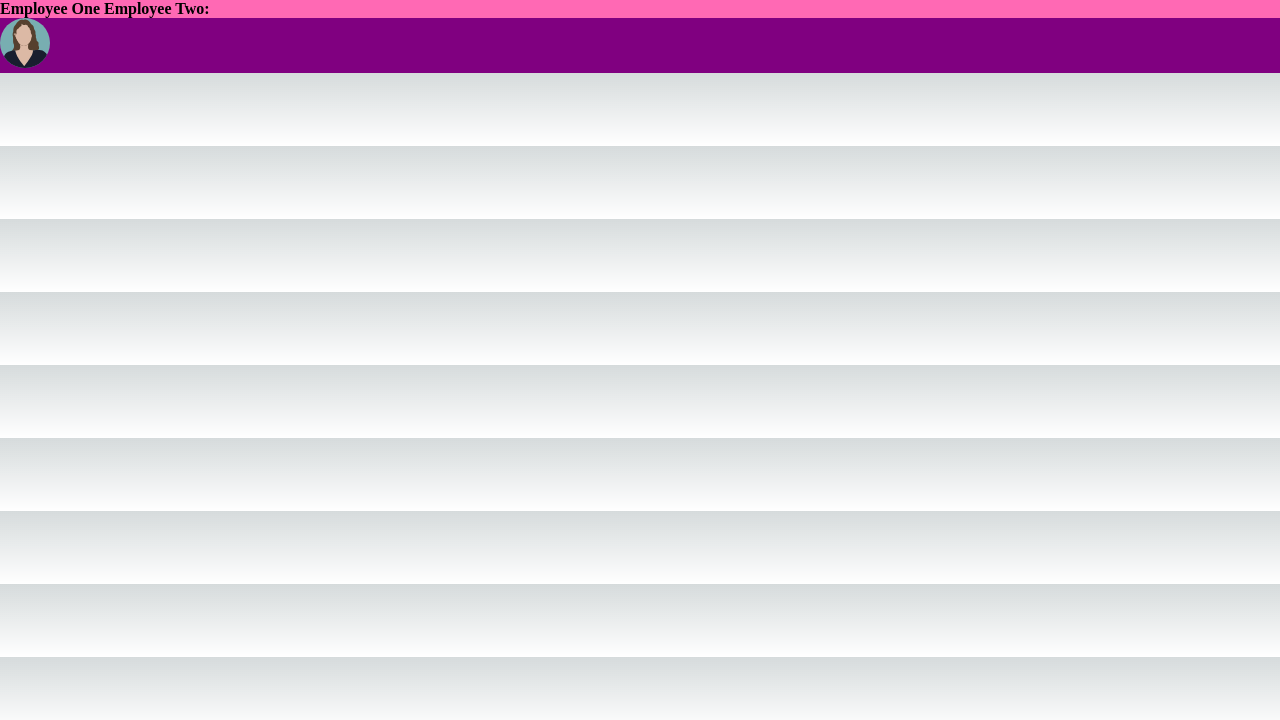
Repository: bguemos/week3example
Page: /About
These files come from the project's save history. The page is drawn as it stood at one moment and after the next save; the edit follows.
The browser window is 1280 px wide. The pictures show the whole page.
The project was rebuilt for these pictures with package versions that can differ from the ones it lists, and the page was loaded fresh each time. The framework's server and built-in components were replaced by stand-ins that run in the browser. Also part of the build but not shown: next.config.js.

Above is the page before, as saved 2023-01-19 08:21:47.

### pages/About.js
import Head from 'next/head'
import Image from 'next/image'
import { Inter } from '@next/font/google'
import styles from '@/styles/info.module.css'
import data from '../data/employee.json'
import { useState } from 'react'
import Card from '../components/Card/About'
import Link from 'next/link'


export default function info() {
    const [information, setInformation] = useState([...data])
     console.log(data);
  return (
 <>

<main className={styles.main}>
<code className={styles.code}></code>



<div className={styles.grid}>
<b> Employee One </b>
{information && information.map((info, About) => {
if (info.employeePosition === "manager") {
return (
<Card key={About} employee={info.employeeName} colour="lightPink" font="20px" />
 )
 }
})}
<b> Employee Two:</b>
{information && information.map((info, About) => {
if (info.Position === "ceo") {
     return (
    <Card key={About} employeeName={info.Name} colour="purple" font="20px" />
     )
     }
     })}
    </div>





    </main>

</>
  )
    }

### styles/info.module.css
.main{
    background-color: hotpink;

}
.forbes{
    display: flex;
    flex-direction: row;
    flex-wrap: wrap;

}

### data/employee.json
[


{
    "Name": "Jenna",
    "Position": "manager",
    "department":"corporate",
    "yearsWorked": 4
},
{
    "Name": "Natalie",
    "Position": "general manager",
    "department":"corporate",
    "yearsWorked": 15

},
{
    "Name":"Sarah",
    "Position": "ceo",
    "department":"corporate",
    "yearsWorked": 20
}


]

### components/Card/About.js
export default function Card({
    employeePosition= "none",
    colour= "orange",
    font = "0",
    image = "Woman3.svg"
}) {
    return(
        <div style={{backgroundColor: colour, fontSize:font}}>
         {
            colour === "lightPink?" ? <img src={'Woman5.svg'} width="50"/> :
            colour === "purple" ? <img src={'Woman2.svg'} width="50"/>:
                                <img src={image} width="50" />
         }

        </div>
    )
}

Loaded but not shown: pages/_app.js (common file); pages/_document.js (common file); styles/globals.css (common file)

After the next save:
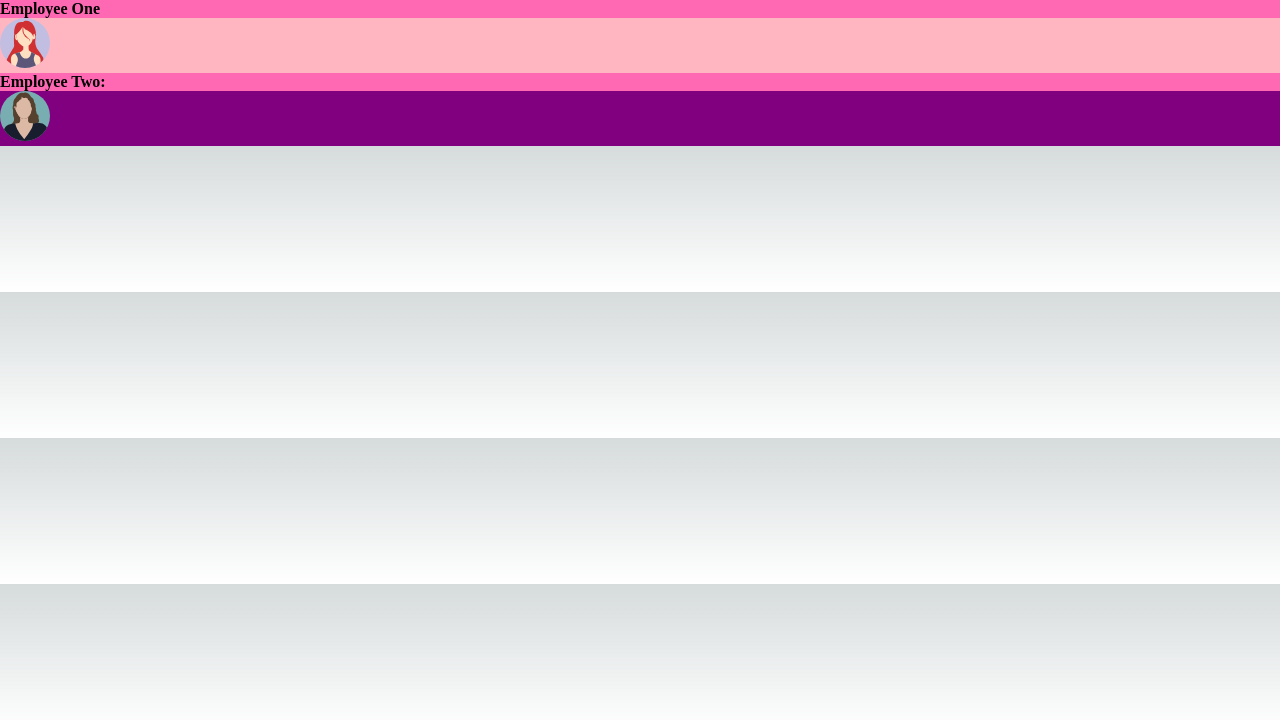
Saved 16 s later.
--- a/pages/About.js
+++ b/pages/About.js
@@ -22,7 +22,7 @@ export default function info() {
 <div className={styles.grid}>
 <b> Employee One </b>
 {information && information.map((info, About) => {
-if (info.employeePosition === "manager") {
+if (info.Position === "manager") {
 return (
 <Card key={About} employee={info.employeeName} colour="lightPink" font="20px" />
  )
